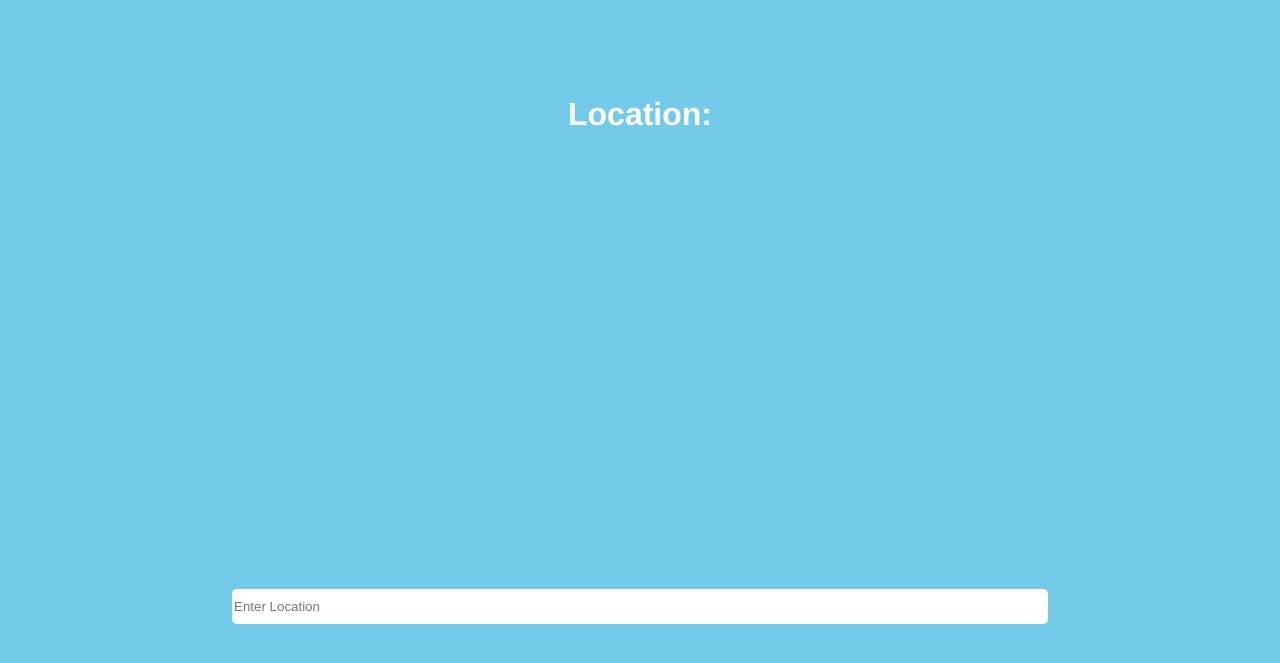
Repository: shaelorch/weather
Page: /
These files come from the project's save history. The page is drawn as it stood at one moment and after the next save; the edit follows.
The browser window is 1280 px wide. The pictures show the whole page.
The project was rebuilt for these pictures with package versions that can differ from the ones it lists, and the page was loaded fresh each time. The framework's server and built-in components were replaced by stand-ins that run in the browser. Also part of the build but not shown: next.config.js.

Above is the page before, as saved 2023-01-19 11:38:44.

After the next save:
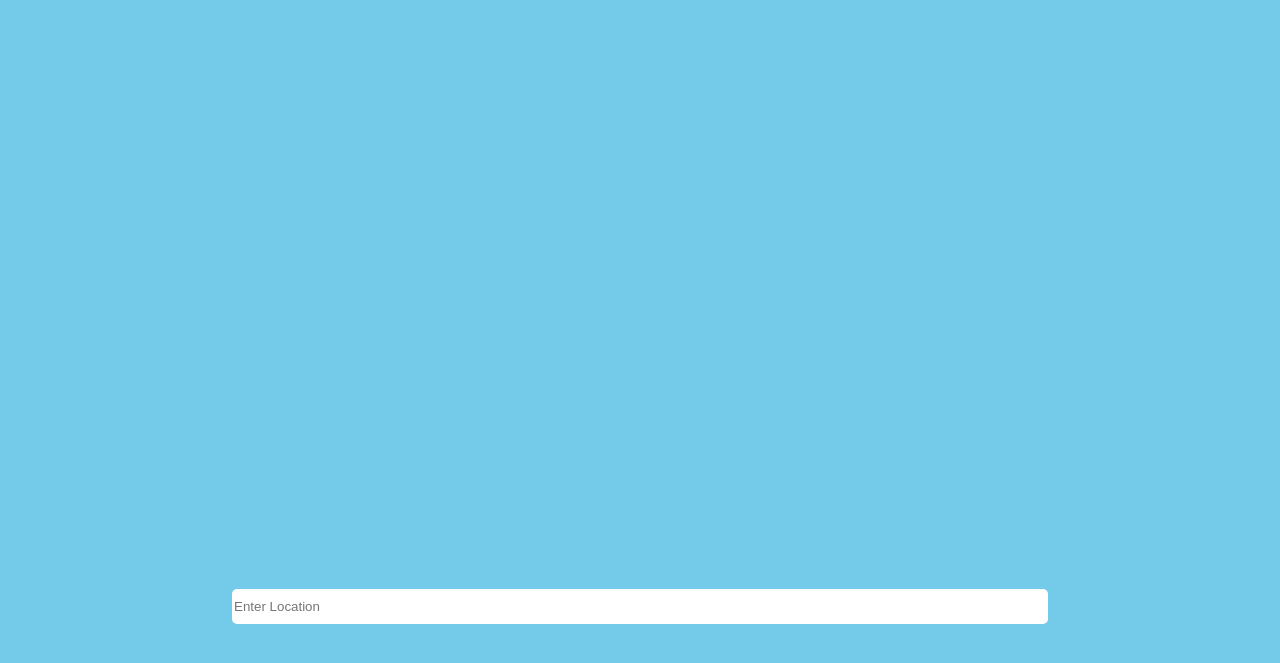
Saved 12 s later.
--- a/pages/index.js
+++ b/pages/index.js
@@ -42,7 +42,7 @@ export default function Home() {
 
 
     <div className={styles.text}>
-      <h1>Location:</h1>
+
       <h2>{data.name}</h2>
     </div>
 
